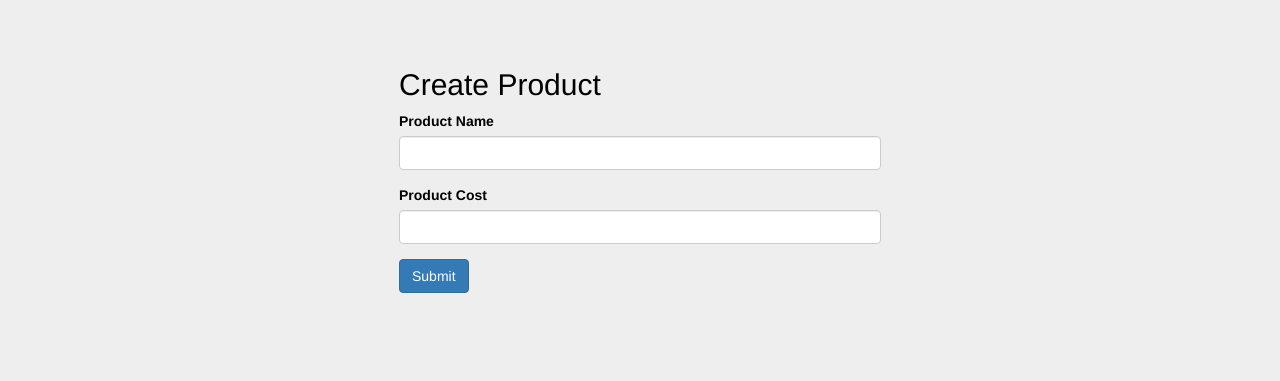
Repository: krutishilp/Sample
Page: http://localhost/productmanagement-webapp/createProduct.jsp
An editor plug-in stored every save of this project. The page is shown before and after the next save, followed by the edit.
The browser window is 1280 px wide. The pictures show the whole page.
The page is served by Tomcat 9.

Above is the page before, as saved 2020-09-04 11:21:59.

After the next save:
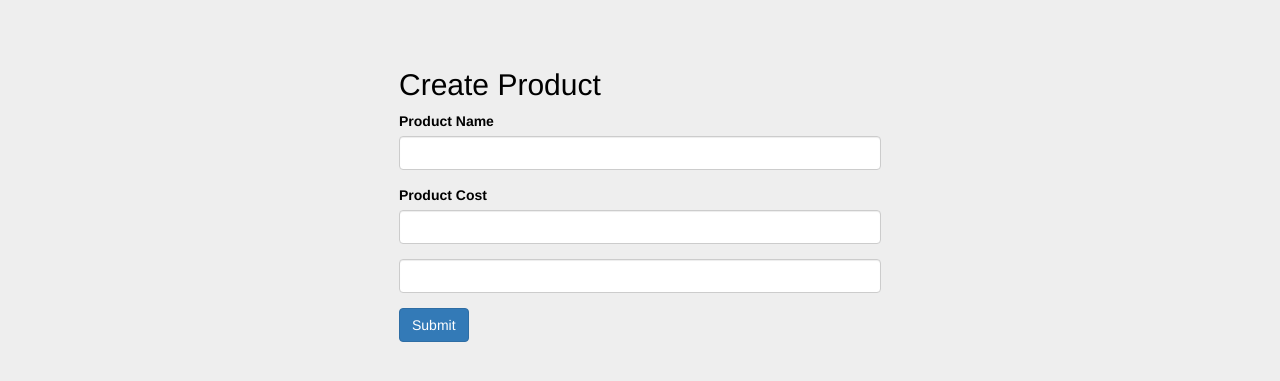
Saved 42 s later.
--- a/JAVA-Eclipse-workspace/productmanagement-webapp/src/main/webapp/createProduct.jsp
+++ b/JAVA-Eclipse-workspace/productmanagement-webapp/src/main/webapp/createProduct.jsp
@@ -33,6 +33,9 @@
 					class="form-control" id="productcost" placeholder=""
 					name="productCost" required="required">
 			</div>
+			<div class="form-group">
+				<input type="number" class="form-control" name="createProduct" required="required">
+			</div>
 
 			<div class="form-group">
 				<input type="submit" class="btn btn-primary">

After the save that followed:
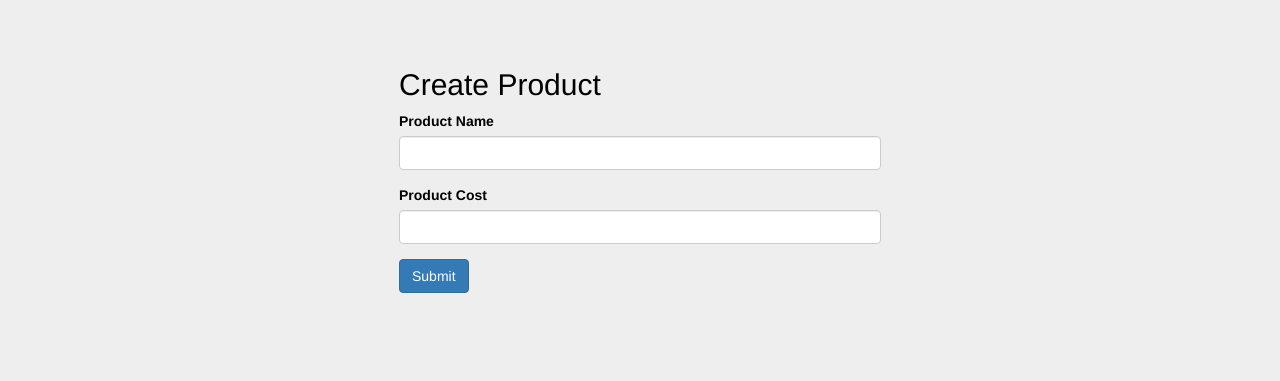
Saved 11 s later.
--- a/JAVA-Eclipse-workspace/productmanagement-webapp/src/main/webapp/createProduct.jsp
+++ b/JAVA-Eclipse-workspace/productmanagement-webapp/src/main/webapp/createProduct.jsp
@@ -34,7 +34,7 @@
 					name="productCost" required="required">
 			</div>
 			<div class="form-group">
-				<input type="number" class="form-control" name="createProduct" required="required">
+				<input type="hidden" class="form-control" name="createProduct" required="required">
 			</div>
 
 			<div class="form-group">
